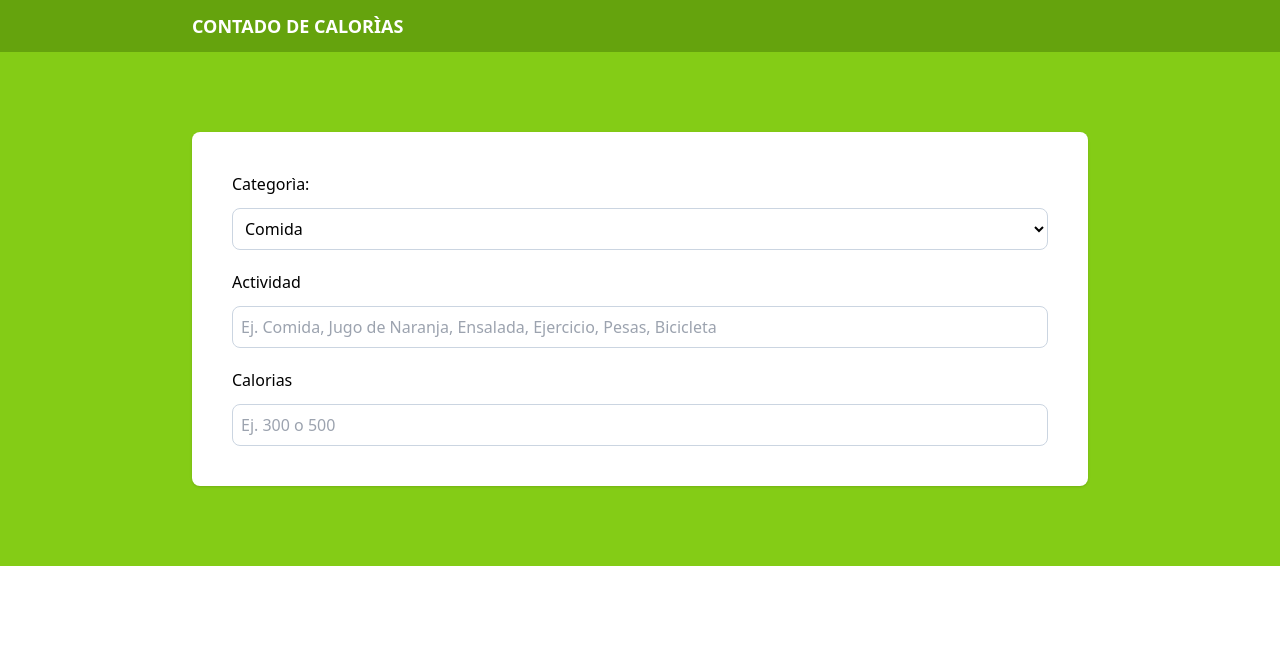
Repository: Matiiu/calorie-tracker
Page: /
An editor plug-in stored every save of this project. The page is shown before and after a run of saves, followed by the edit.
The browser window is 1280 px wide. The pictures show the whole page.
The project was rebuilt for these pictures with package versions that can differ from the ones it lists, and the page was loaded fresh each time. Also part of the build but not shown: vite.config.ts.

Above is the page before, as saved 2024-03-30 22:46:37.

After the next 2 saves:
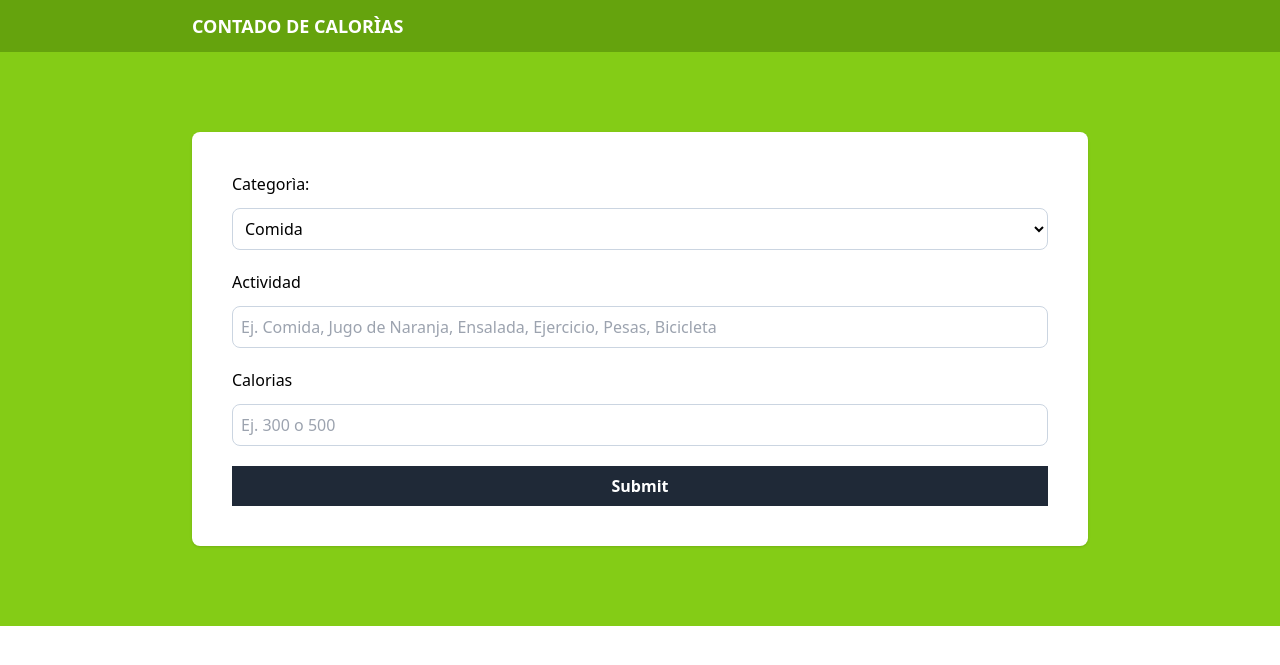
The 2 saves are shown as one change because they came seconds apart.
The last was saved 111 s later.
--- a/src/components/Form.tsx
+++ b/src/components/Form.tsx
@@ -40,6 +40,11 @@ export default function Form() {
             min={0}
         />
       </div>
+
+      <input
+        type="submit"
+        className="bg-gray-800 hover:bg-gray-900 w-full p-2 font-bold text-white cursor-pointer"
+      />
     </form>
   );
 }
